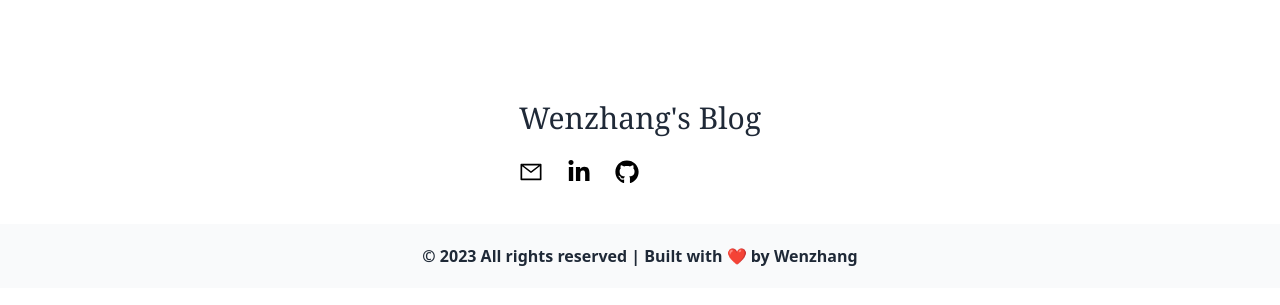
Repository: RealWenzhangGe/Wenzhang-s-Blog
Page: /components/Footer
The author's editor kept a copy of each file at every save. The page is drawn from the files as they stood at one save, then again after the next save.
The browser window is 1280 px wide. The pictures show the whole page.
The project was rebuilt for these pictures with package versions that can differ from the ones it lists, and the page was loaded fresh each time. The framework's server and built-in components were replaced by stand-ins that run in the browser. Also part of the build but not shown: next.config.js.

Above is the page before, as saved 2023-02-28 17:19:01.

After the next save:
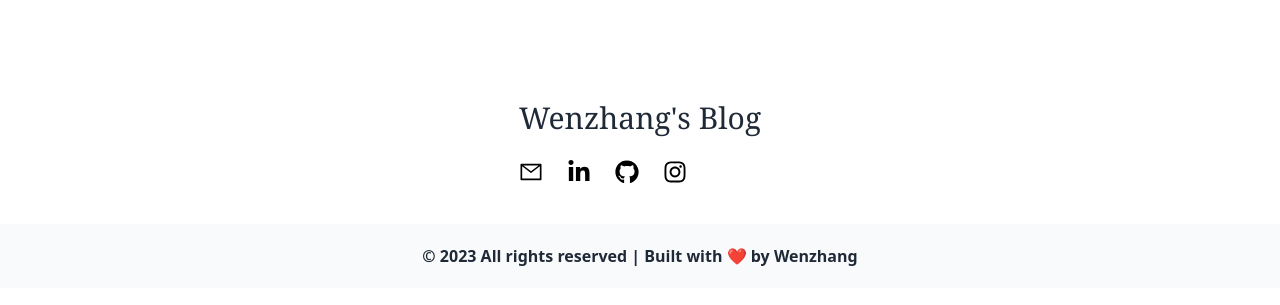
Saved 3 min 1 s later.
--- a/pages/components/Footer.tsx
+++ b/pages/components/Footer.tsx
@@ -1,5 +1,5 @@
 import { AiOutlineMail } from "react-icons/ai";
-import { FaLinkedinIn, FaGithub, FaBlog, FaMediumM } from "react-icons/fa";
+import { FaLinkedinIn, FaGithub, FaInstagram } from "react-icons/fa";
 
 function Footer() {
  return (
@@ -29,6 +29,10 @@ function Footer() {
                {" "}
                <FaGithub className="text-2xl cursor-pointer hover:text-gray-600" />
              </a>
+             <a href="https://www.instagram.com/wenzhang.ge/" target="_blank">
+               {" "}
+               <FaInstagram className="text-2xl cursor-pointer hover:text-gray-600" />
+             </a>
            </div>
          </ul>
        </div>
